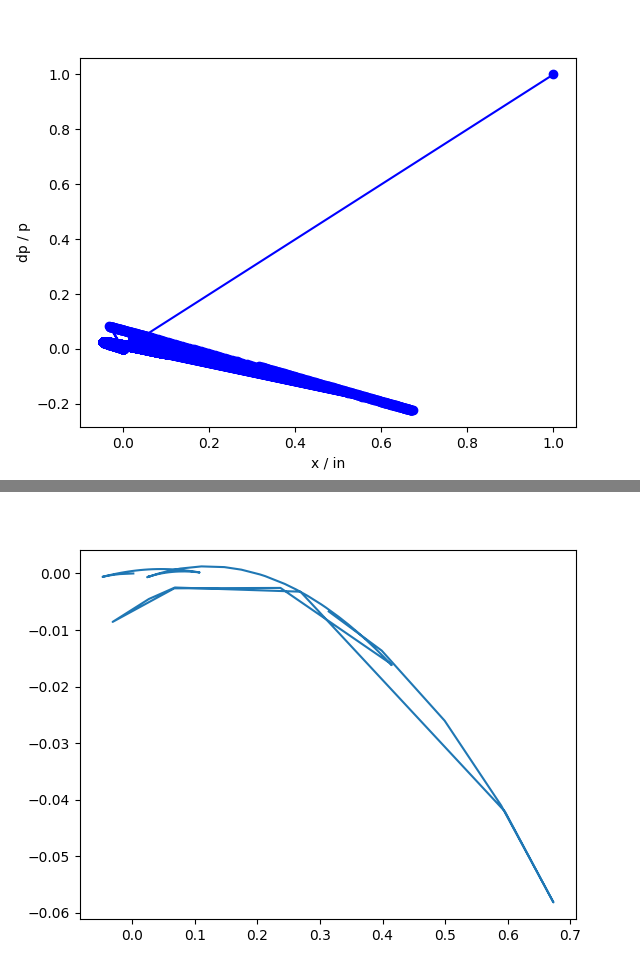
Repository: leiradom/Modified-linear-theory
Script's output: python 3_Shock_correction.py
The author's editor kept a copy of each file at every save. The script's output is drawn from the files as they stood at one save, then again after a run of saves.
Each picture stacks the figures in order, with grey between them; figures that are only written to a file come last. Random numbers start from a fixed seed.

Above is the script's output before, as saved 2021-04-08 22:51:30.

### 3_Shock_correction.py
'''
激波修正
本程序用于修正激波的非线性扭曲效应，修正方法为HB方法
'''

import math
import numpy as np
import matplotlib.pyplot as plt

pressure = np.loadtxt("pressureDWB2.txt",dtype=np.float64)   #存放未修正的压力信号
a = len(pressure)                                              #未加点时的点数

X = np.ones(a,dtype=np.float64)     #存放x的数组 用于加点用的横坐标数组
Y = np.ones(a,dtype=np.float64)     #存放y的数组 用于加点用的纵坐标数组
X1 = np.ones(1,dtype=np.float64)
Y1 = np.ones(1,dtype=np.float64)
b0 = 50                             #每一个 较大的距离之间增加的点数
x0 = np.zeros(b0+1,dtype=np.float64)
y0 = np.zeros(b0+1,dtype=np.float64)

#先将未修正压力信号存入X,Y中
for i in range(0,a):
    c = pressure[i][0]
    d = pressure[i][1]
    #ca = cau[i][1]
    X[i] = c
    Y[i] = d
'''
#没问题
X0 = X
Y0 = Y
'''

#------------1先找出第一个强间断的地方,已经核实，l0没有问题
for i0 in range(0,a-1):
    if(math.sqrt((X[i0+1] - X[i0])**2 + (Y[i0+1] - Y[i0])**2) >0.3):   #1.3
    #if((X[i+1] - X[i]) * (Y[i+1] - Y[i])):
        #px = i0                            #记录此时的i
        #print(px,X[i0])
        l00 = math.sqrt((X[i0+1] - X[i0])**2 + (Y[i0+1] - Y[i0])**2)
        l0 = l00 / 20                     #判断是否要插值的距离 只要大于20倍的最大距离，就要增加点数
        #h0 = ((X[i0+1] - X[i0])/(b0))
        #k0 = ((Y[i0+1] - Y[i0])/(X[i0+1] - X[i0]))  #两点间的斜率
        '''
        #x0[0] = X[i0]
        #y0[0] = Y[i0]
        for j in range(1,b0):
            x0[j] = x0[j-1] + h0
            y0[j] = y0[j-1] + k0 * (x0[j] - x0[j-1])
            print(x0[j],y0[j])
        for k in range(1,b0):
            X = np.insert(X,i0+k,x0[k])
            Y = np.insert(Y,i0+k,y0[k])
        #print(Y[i0]+k0*h0)
        '''
        break
#------------print(l00) #检验是不是，验证了，就是

#print(l0)


#2---------------------给距离较大的地方都进行加点
for i in range(0,a-1):
    #li = math.sqrt((X[i+1] - X[i])**2 + (Y[i+1] - Y[i])**2)
    k0 = ((Y[i+1] - Y[i])/(X[i+1] - X[i]))  #两点间的斜率
    h0 = ((X[i+1] - X[i])/(b0))   #每一个都离散成b个点
    x0[0] = X[i]
    y0[0] = Y[i]
    for j in range(1,b0):
        x0[j] = x0[j-1] + h0
        y0[j] = y0[j-1] + k0 * (x0[j] - x0[j-1])
    X1 = np.append(X1,x0)
    Y1 = np.append(Y1,y0)
    #print(a)
    #p0 = i

print(len(X1))

#-------积分部分----------
F = np.ones(a, dtype=np.float64)
F[0] = 0
F[a-1] = 0
s = 0
for i in range(0,a-1):
    #if(X[i+1]>X[i]):
    s0 = 0.5 * (X[i+1] - X[i]) * (Y[i+1] + Y[i])
    #s0 = (((Y0[j+1] + Y0[j]) * (X[j + 1] - X[j])) / (2))    #第(j+1)个梯形的面积
    s = s0 + s    #S为最后的积分
    F[i+1] = s    #是i+1不是i
    #print(X[i],Y[i])
    #if(X[i+1]<X[i])
#------积分部分-----------

#-------输出加点效果----------
print("加点前点数：",len(pressure),"加点后点数：",len(X))
#plt.scatter(X0,Y0,c='r')
plt.xlabel("x / in")
plt.ylabel("dp / p")
plt.plot(X1,Y1,'-o',c='b')
plt.show()

#--------积分图像作图---------
plt.plot(X,F)
plt.show()

### pressureDWB2.txt
0.001769696999999959 0.0
-0.019806758989101336 0.010271374824801147
-0.03159718432246461 0.016237287034026875
-0.03885273844397086 0.020208037041542996
-0.04370623779916305 0.02312197889458379
-0.04647556964565325 0.02511897028946799
-0.047428582459120294 0.026316853857109326
-0.04709897888553638 0.026950437444621868
-0.04568993980266278 0.027109112522784275
-0.04347375711277257 0.026912676652732705
-0.040589678545152386 0.026422392833570087
-0.0368774087073338 0.025567738375037764
-0.03281576817627718 0.024559374766020495
-0.02813209655750204 0.023277342323529012
-0.023175200620900505 0.021875102094300457
-0.017700611564438584 0.020245097569995638
-0.01212851813182203 0.018572195014695658
-0.006253365090420515 0.016765958336315917
-0.00012776093190292048 0.014849533169906098
0.006085516460130891 0.012894535282587216
0.012620193770986998 0.01079813426831951
0.019007747540717768 0.008766461735748859
0.02568084521539049 0.006609161290178289
0.032249019381442756 0.004498022997553377
0.038894116207639606 0.002353041806904253
0.04572054200795417 0.0001282831102725322
0.05227802043059737 -0.001978149482461024
0.05892398040984359 -0.004123510425975864
0.06554496626382833 -0.006257883751890409
0.07261982361325436 -0.00859194240729564
0.07981368330337557 -0.010978357339423695
0.08540514153491141 -0.012659780072740769
0.0899742719945783 -0.013891418980219483
0.09589094436218315 -0.015715922503766674
0.09995008167075814 -0.016723184794875598
0.10265770219214221 -0.017135833681809168
0.10498667988570232 -0.01738189484822541
0.10697010455260958 -0.017475926484969175
0.10721220631356232 -0.016803845594890114
0.1069835084508377 -0.01592463167503861
0.10744278447407207 -0.015348098786004332
0.10749609682896455 -0.014592958097872031
0.10599634056488083 -0.013154529249947925
0.10411405837438092 -0.011547804273224306
0.09262435015644899 -0.005714195583566481
0.08396853876574506 -0.0011273883065809236
0.07455545841184885 0.003792587067425563
0.06947549492057636 0.0068061640949270375
0.0645431791759079 0.009754782011258735
0.058394151725798094 0.01323870492013111
0.055986876274889186 0.01507640596219071
0.05196484732652207 0.017624534046761033
0.046730661082703184 0.02070596292542859
0.04537780826025872 0.022079760126638436
0.04038880280295598 0.025053319252232652
0.03991160414188577 0.026041863597754768
0.036477029578768305 0.028331535216877136
0.034111895220240274 0.03015069586148563
0.03366262696400979 0.03112695194447261
0.025194355029006466 0.03563124935163773
0.028083089358730495 0.035138917623069595
0.025653710080686176 0.03698634346619927
0.023840980411848567 0.03856246811145332
0.023995698525966724 0.039272994315868046
0.04134629557927871 0.03241802062362672
0.058050441223585936 0.02584745973083066
0.07681836602195002 0.018368918441571663
0.1106411163801615 0.004266855224765263
0.1472629392053343 -0.01106668851710824
0.1743266890161025 -0.0221950614605649
0.2043748778937614 -0.034636468389197775
0.2126467367625432 -0.03749715990256893
0.2439312729051487 -0.05048251024568277
0.26240338678942743 -0.05783090654800298
0.28048601354590164 -0.06500794407095666
0.30202749801154816 -0.07370674083249446
0.30922960924931864 -0.07609678611600534
0.3301298374988896 -0.08451345575548073
0.3456276784685849 -0.09055329077358407
0.36018389845771803 -0.09617885017039918
0.37434961321059446 -0.1016326028607942
0.3881517705962475 -0.10692640483079362
0.4016006150568264 -0.1120647632257605
0.414669260955821 -0.11703584943949463
0.4114006943329339 -0.11481921468339612
0.2369244398699294 -0.037278035643092435
0.0672470574287628 0.03815183138381185
-0.03130970818794976 0.08229146770263995
0.026677579223172376 0.05755797336079512
0.06822617008888565 0.04005684846570695
0.26882193776166796 -0.047418681133363
0.5955540744206104 -0.19038917495634983
0.6732214230976951 -0.22378111019559294
0.5896226175109515 -0.18622237884016193
0.4993460359203469 -0.14572569276629246
0.3987958281761549 -0.10070902153329891
0.3140864514745719 -0.06266168324569209

After the next 3 saves:
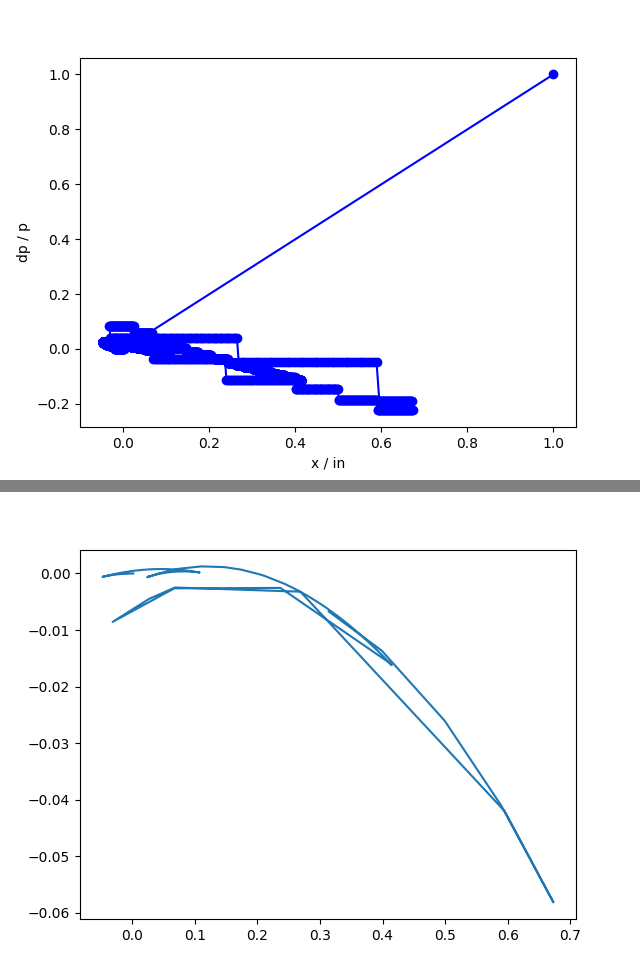
The 3 saves are shown as one change because 2 did not build or start.
The last was saved 6 min 37 s later.
--- a/3_Shock_correction.py
+++ b/3_Shock_correction.py
@@ -65,12 +65,16 @@ for i in range(0,a-1):
     k0 = ((Y[i+1] - Y[i])/(X[i+1] - X[i]))  #两点间的斜率
     h0 = ((X[i+1] - X[i])/(b0))   #每一个都离散成b个点
     x0[0] = X[i]
+    X1 = np.append(X1,x0[0])
     y0[0] = Y[i]
+    Y1 = np.append(Y1,y0[0])
     for j in range(1,b0):
         x0[j] = x0[j-1] + h0
+        X1 = np.append(X1,x0[j])
         y0[j] = y0[j-1] + k0 * (x0[j] - x0[j-1])
-    X1 = np.append(X1,x0)
-    Y1 = np.append(Y1,y0)
+        Y1 = np.append(Y1,y0[0])
+    #X1 = np.append(X1,x0)
+    #Y1 = np.append(Y1,y0)
     #print(a)
     #p0 = i
 
